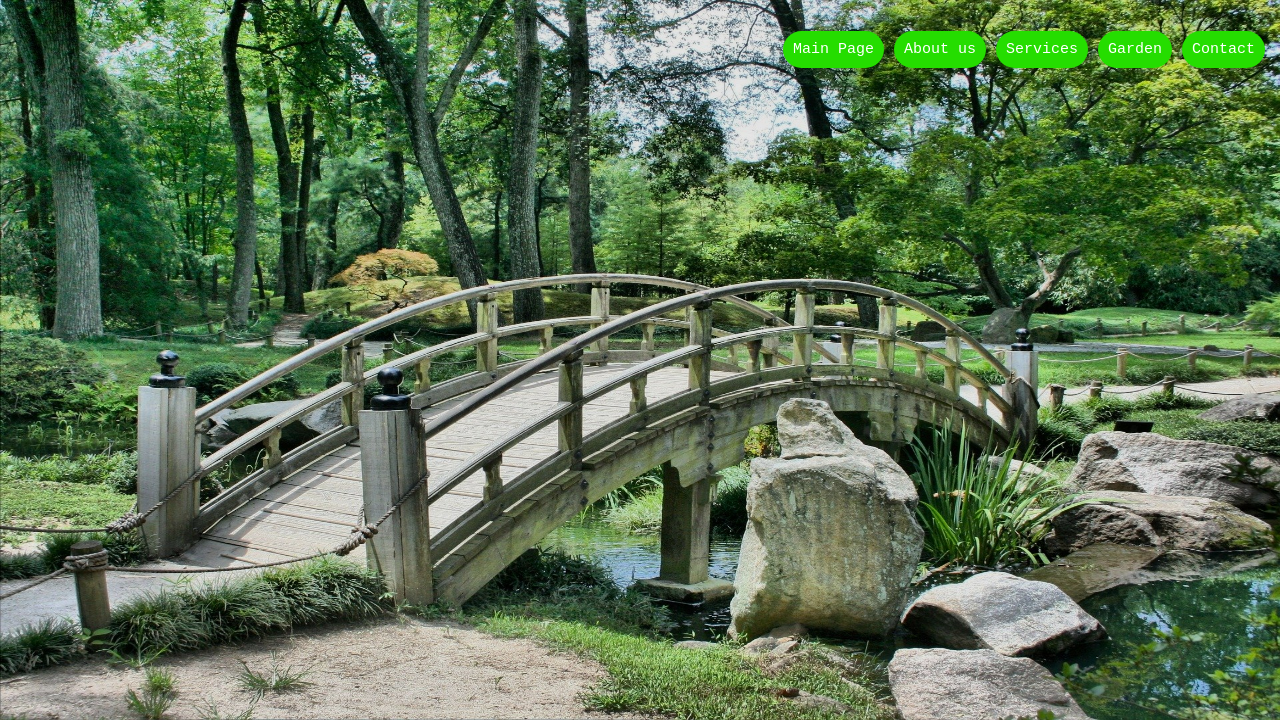
Repository: PatryxB/garden
Page: http://localhost/
An editor plug-in stored every save of this project. The page is shown before and after the next save, followed by the edit.
The browser window is 1280 px wide. The pictures show the whole page.
Some web fonts or font styles are not loaded; a fallback is used. The page is served by the project's Laravel application, run on PHP 8.4 with Laravel 8. Other server files are loaded and not shown. Style sheets and scripts are compiled from the project's sources, by tool versions that may differ from the author's.

Above is the page before, as saved 2020-05-01 21:09:10.

### resources/views/welcome.blade.php
<!DOCTYPE html>
<html lang="{{ str_replace('_', '-', app()->getLocale()) }}">
    <head>
        <meta charset="utf-8">
        <meta name="viewport" content="width=device-width, initial-scale=1">

        <title>Garden</title>

        <!-- Fonts -->
        <link href="https://fonts.googleapis.com/css?family=Nunito:200,600" rel="stylesheet">
        <link rel="stylesheet" href="/css/app.css">

    <body>

        <nav>
            <ul>
                <li><a href="">Main Page</a></li>
                <li><a href="">About us</a></li>
                <li><a href="">Services</a></li>
                <li><a href="">Garden</a></li>
                <li><a href="">Contact</a></li>
            </ul>
        </nav>

        <div class="banner">
            <img src="{{url('/img/gardenbanner.jpg')}}" alt="">
        </div>

    </body>
</html>

### resources/sass/app.scss
@import url('https://fonts.googleapis.com/css2?family=Roboto+Mono&display=swap');
html, body{
    box-sizing: border-box;
    margin: 0;
    padding: 0;
    font-family: 'Roboto Mono', monospace;
}
nav{
    width: 100%;
    position: absolute;
    right: 15px;
    top: 15px;
    z-index: 999;
}
nav ul{
    display: flex;
    float: right;
}
nav ul li a{
    text-decoration: none;
    font-size: 15px;
    display: inline-block;
    background-color: rgb(37, 221, 0);
    color: white;
    padding: 10px;
    margin-left: 10px;
    border-radius: 25px;
}
li{
    list-style: none;
}
.banner img{
    width: 100%;
    height: 100vh;
    position: relative;
    filter: brightness(90%);
}

Loaded but not shown: routes/web.php (common file)

After the next save:
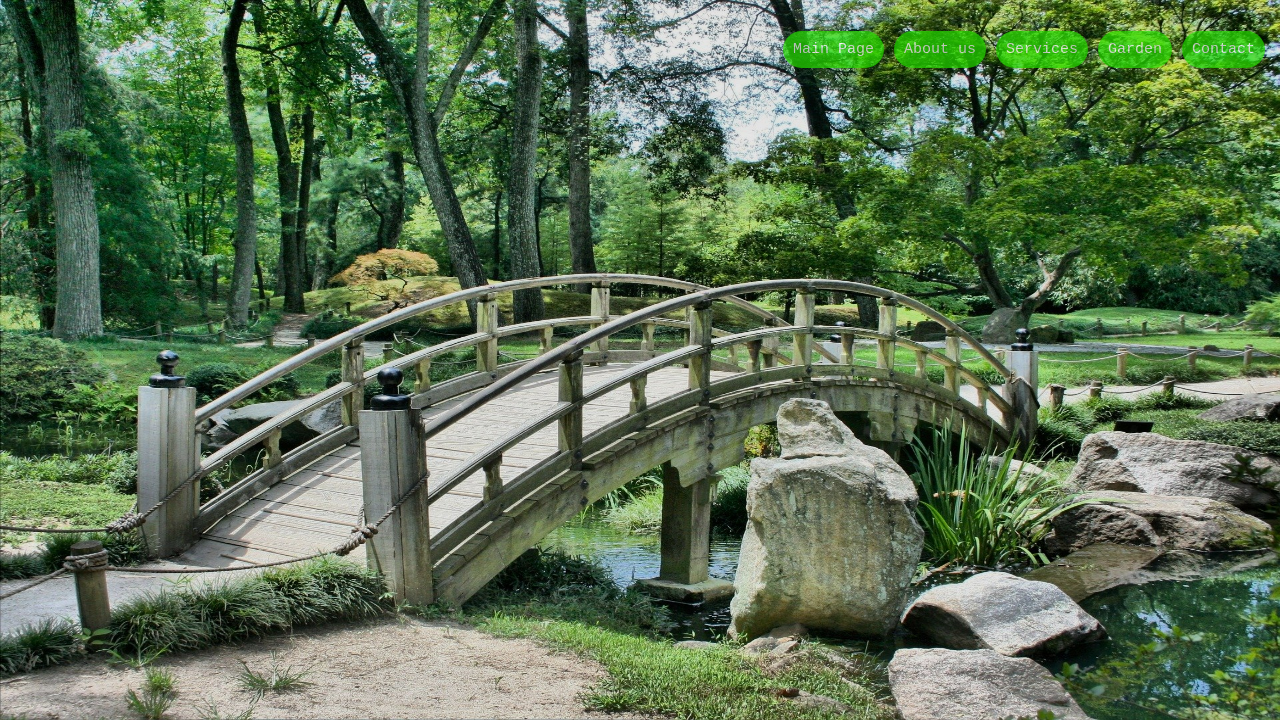
Saved 15 s later.
--- a/resources/sass/app.scss
+++ b/resources/sass/app.scss
@@ -25,6 +25,7 @@ nav ul li a{
     padding: 10px;
     margin-left: 10px;
     border-radius: 25px;
+    opacity: .7;
 }
 li{
     list-style: none;
